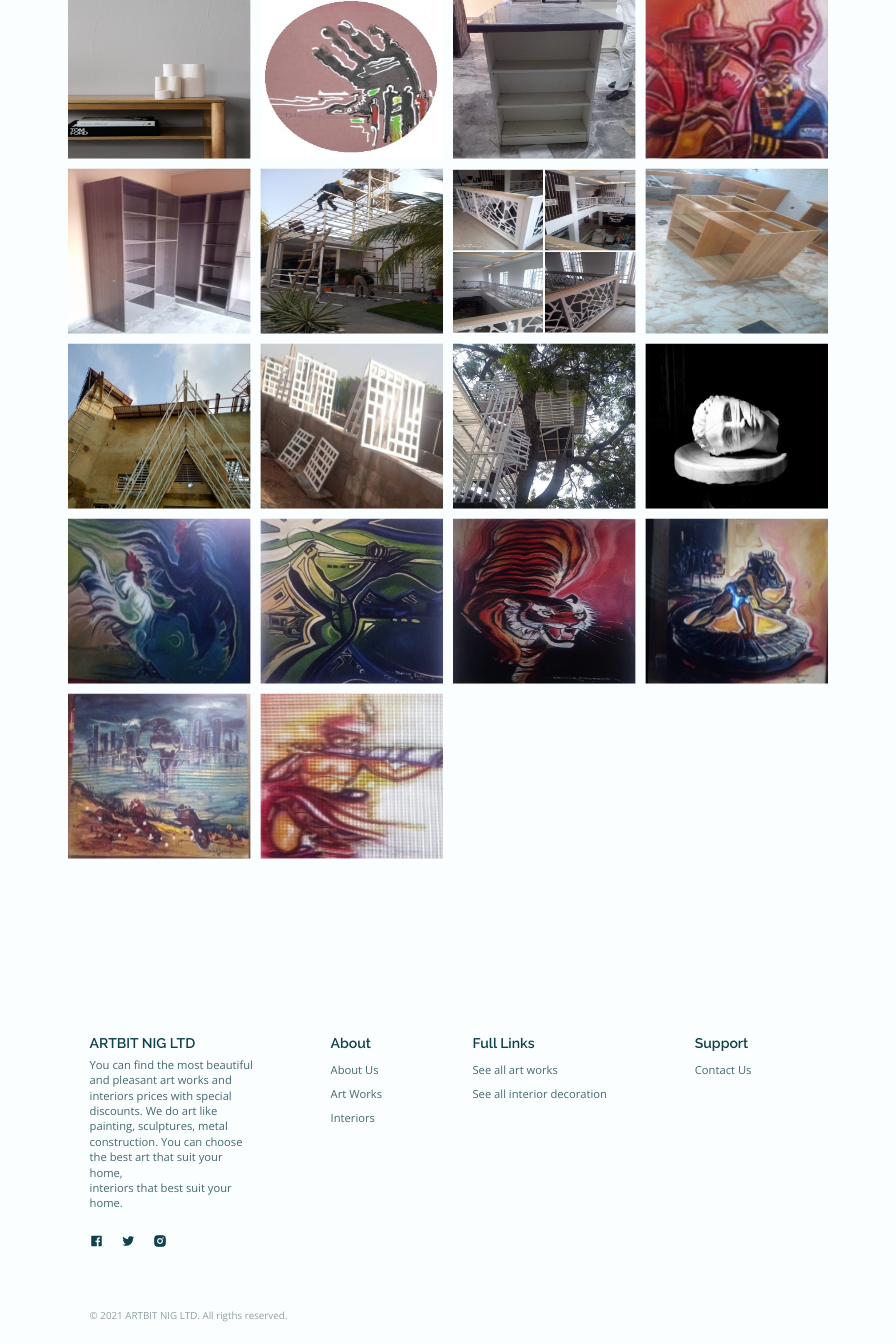
Repository: uche-hub/ARTBIT-WEB
Page: interiors.html
The author's editor kept a copy of each file at every save. The page is drawn from the files as they stood at one save, then again after the next save.
The browser window is 1280 px wide. The pictures show the part of the page from y = 1284 to 3204 px (the page is 3204 px tall), at 70% of full size.

Above is the page before, as saved 2021-11-17 15:40:10.
Console error: TypeError: Cannot read properties of null (reading 'classList')

After the next save:
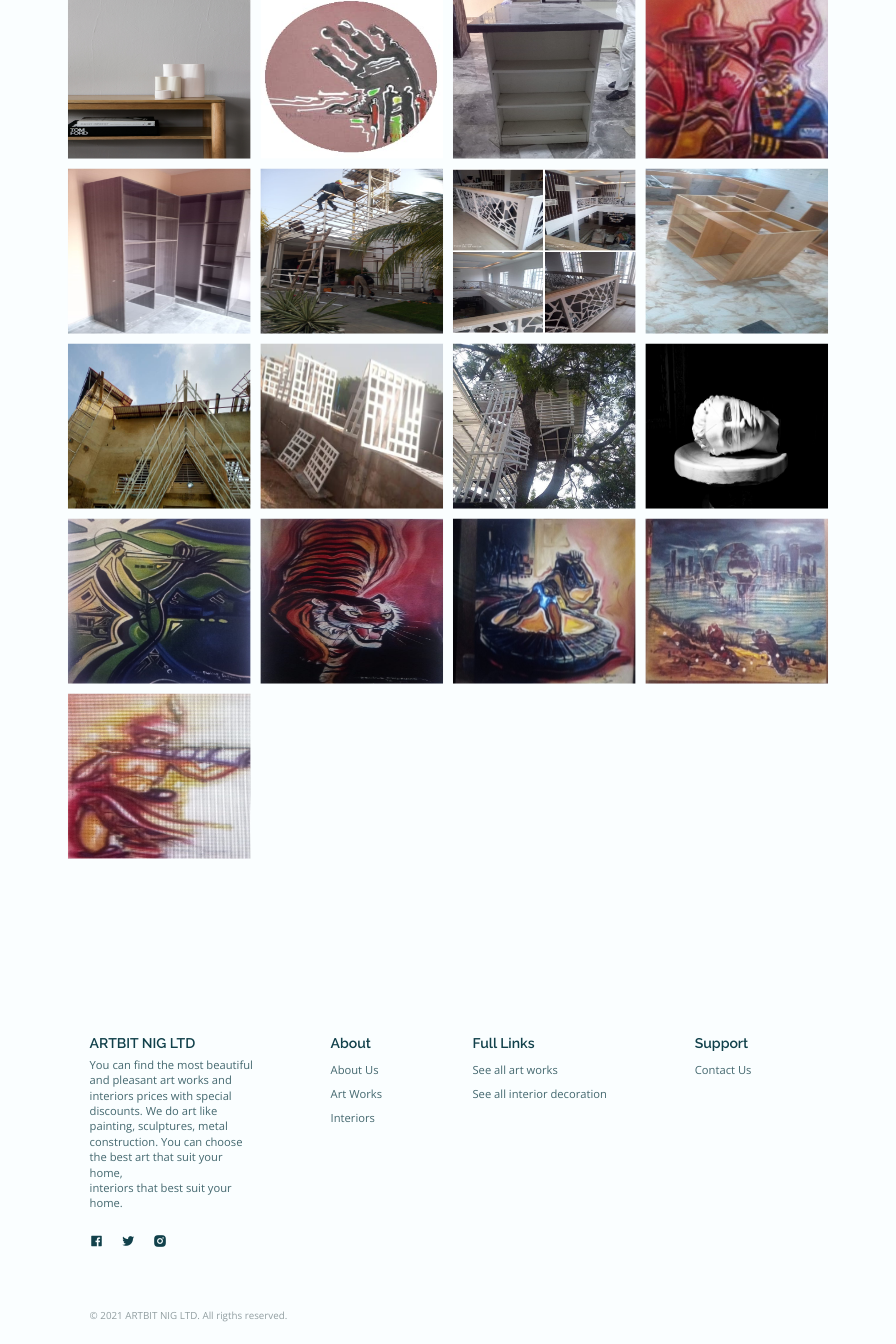
Saved 12 s later.
--- a/interiors.html
+++ b/interiors.html
@@ -170,9 +170,7 @@
 
 
 
-            <div class="image" data-name="metal">
-              <span><img src="/assets/img/a5.jpeg" alt="metal 2" /></span>
-            </div>
+
             <div class="image" data-name="sculptures">
               <span><img src="/assets/img/a6.jpeg" alt="sculptures 2" /></span>
             </div>
